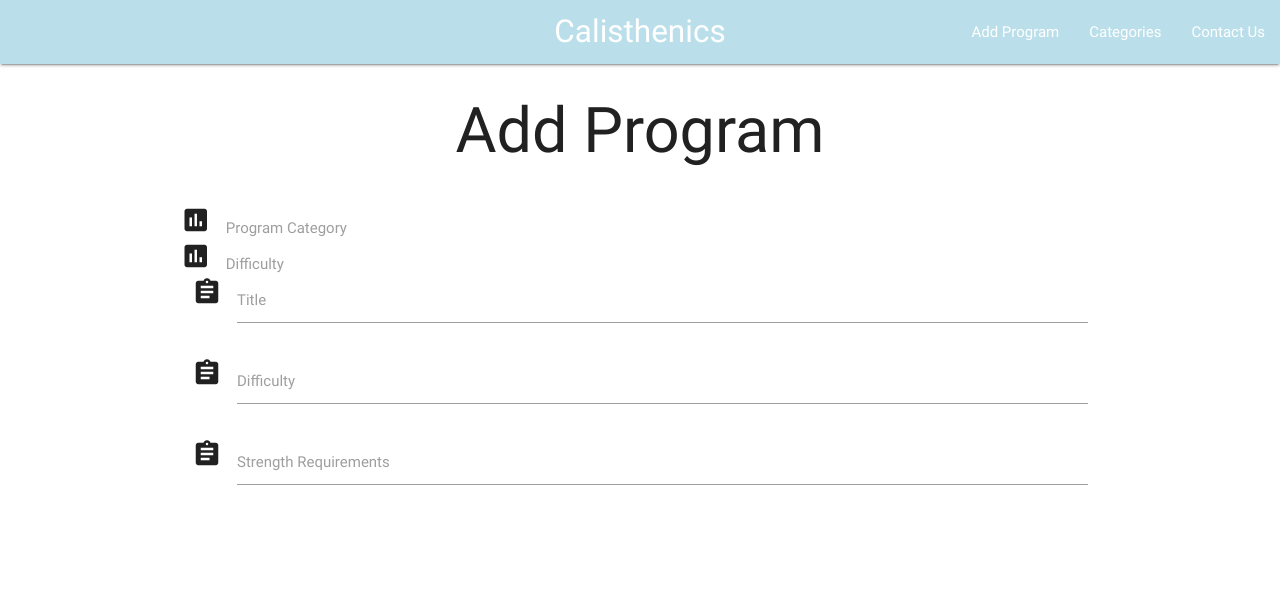
Repository: Ario124/calisthenics-project
Page: http://localhost/add_program
The author's editor kept a record of every edit. The page is drawn from the files as they stood at one moment, then again after the next edit.
The browser window is 1280 px wide. The pictures show the whole page.
The page is served by the project's application, run on Flask 3 (app.py). Queries for data that is not in the repository find no rows.

Above is the page before.

### templates/add_program.html
{% extends 'base.html' %}
{% block content %}

            <h1 class="center-align">Add Program</h1>
       <div class="container">
                <div class="row">
            <div class="row">
                <div class="input-field col s12">
                    <i class="material-icons prefix">poll</i>
                    <select id="category" name="category_name">
                  <option value="" disabled selected>Choose Category</option>
                  {% for cat in categories %}
                      <option value="{{cat.category_name}}">{{cat.category_name}}</option>
                  {% endfor %}
                </select>
                    <label>Program Category</label>
                </div>
            </div>


            <div class="row">
                <div class="input-field col s12">
                    <i class="material-icons prefix">poll</i>
                    <select id="difficulty" name="difficulty_level">
                  <option value="" disabled selected>Choose Difficulty</option>
                  {% for dif in difficulty %}
                      <option value="{{dif.difficulty_level}}">{{dif.difficulty_level}}</option>
                  {% endfor %}
                </select>
                    <label>Difficulty</label>
                </div>
            </div>


            <div class="input-field col s12">
                <i class="material-icons prefix">assignment</i>
                <input id="task_name" name="task_name" type="text">
                <label for="icon_prefix">Title</label>
            </div>
            <div class="input-field col s12">
                <i class="material-icons prefix">assignment</i>
                <input id="task_name" name="task_name" type="text">
                <label for="icon_prefix">Difficulty</label>
            </div>
            <div class="input-field col s12">
                <i class="material-icons prefix">assignment</i>
                <input id="task_name" name="task_name" type="text">
                <label for="icon_prefix">Strength Requirements</label>
            </div>
        </div>

       </div>


{% endblock %}

### templates/base.html
<!DOCTYPE html>
<html lang="en">
<head>
    <link href="https://fonts.googleapis.com/icon?family=Material+Icons" rel="stylesheet">
    <link rel="stylesheet" href="https://cdnjs.cloudflare.com/ajax/libs/materialize/0.100.2/css/materialize.min.css">
                <link rel="stylesheet" href="{{url_for('static', filename="css/main.css")}}" type="text/css" />

    <title>Calisthenics Project</title>
</head>
<body>
<header>

    <div class="navbar-fixed">
        <nav>
            <div class="nav-wrapper">
              <a href="{{url_for('home')}}" class="brand-logo center">Calisthenics</a>
              <ul id="nav-mobile" class="right hide-on-med-and-down">
                <li><a href="{{url_for('add_program')}}">Add Program</a></li>
                <li><a href="{{url_for('categories')}}">Categories</a></li>
                <li><a href="{{url_for('contact')}}">Contact Us</a></li>
              </ul>
            </div>
      </nav>
    </div>


</header>
    {% block content %}
    {% endblock %}

    <script src="https://cdnjs.cloudflare.com/ajax/libs/jquery/3.4.1/jquery.min.js"></script>
    <script src="https://cdnjs.cloudflare.com/ajax/libs/materialize/0.100.2/js/materialize.min.js"></script>

</body>
</html>

### app.py
import os
from flask import Flask, render_template, redirect, request, url_for
from flask_pymongo import PyMongo
from bson.objectid import ObjectId

app = Flask(__name__)


app.config["MONGO_DBNAME"] = 'calisthenics-project'
app.config["MONGO_URI"] = 'mongodb+srv://root:pasol005@myfirstcluster-qno2b.mongodb.net/calisthenics?retryWrites=true&w=majority'


mongo = PyMongo(app)

@app.route('/')
@app.route('/home')
def home():
    return render_template('index.html')

@app.route('/add_program')
def add_program():
    return render_template('add_program.html', categories =mongo.db.categories.find(), difficulty =mongo.db.difficulty.find())


@app.route('/categories')
def categories():
    return render_template('categories.html')

@app.route('/contact')
def contact():
    return render_template('contact.html')

@app.route('/get_programs')
def get_programs():
    return render_template('programs.html',
        training_programs=mongo.db.training_programs.find(), description =mongo.db.description.find())


@app.route('/insert_program', methods=['POST'])
def insert_program():
    training_programs = mongo.db.training_programs
    training_programs.insert_one(request.form.to_dict())
    return redirect(url_for('get_programs'))


if __name__ == '__main__':
    app.run(host=os.environ.get('IP'),
            port=int(os.environ.get('PORT')),
            debug=True)

### static/css/main.css
nav {
    background-color: #2c9cbd52;

}

.brand-logo {
    font-size: 40px;
}

.video-container iframe, .video-container object, .video-container embed {
    position: absolute;
    top: 0;
    left: 0;
    width: 100%;
    height: 100%;

}


.circle {
    width: 36%;
}

.video-container {
    bottom: 65px;
    z-index: -4;
}

.collapsible-header {

}

.rrow {
    font-size: 100px;
}

.contoo {
    background-color: #212525e8;
    color: orange;
}

.program-header {
    margin-top: 5px;
}

After the next edit:
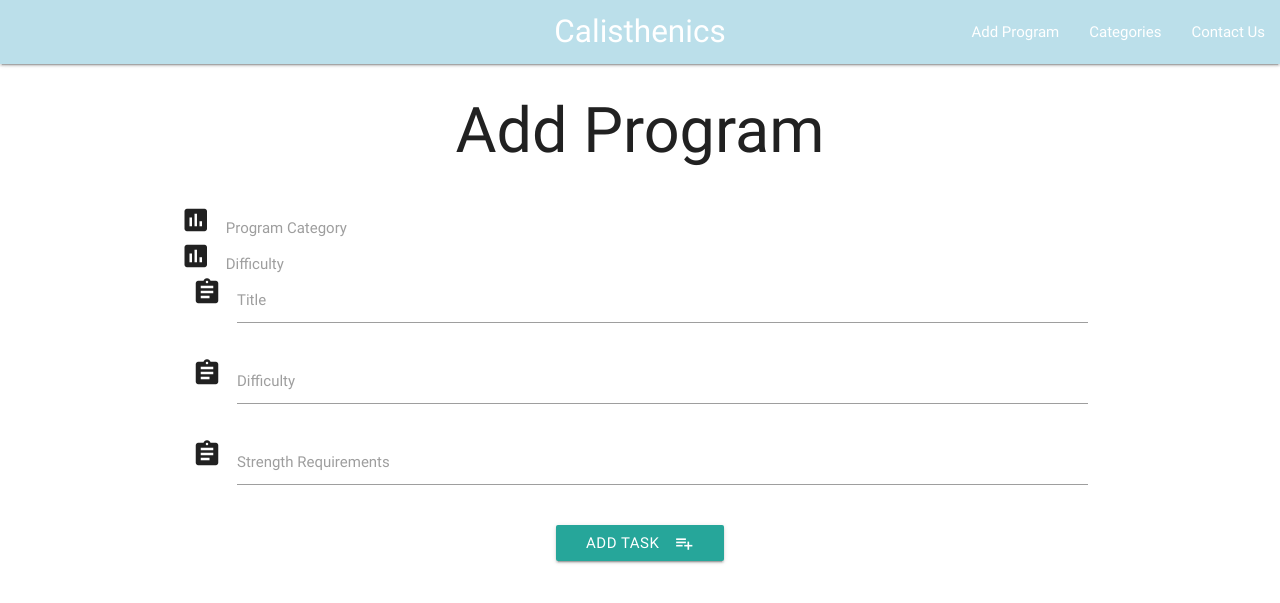
The edit:
--- a/templates/add_program.html
+++ b/templates/add_program.html
@@ -51,5 +51,10 @@
 
        </div>
 
+                <div class="row center-align">
+            <button class="btn waves-effect waves-light" type="submit" name="action">Add Task
+                <i class="material-icons right">playlist_add</i>
+             </button>
+        </div>
 
 {% endblock %}
